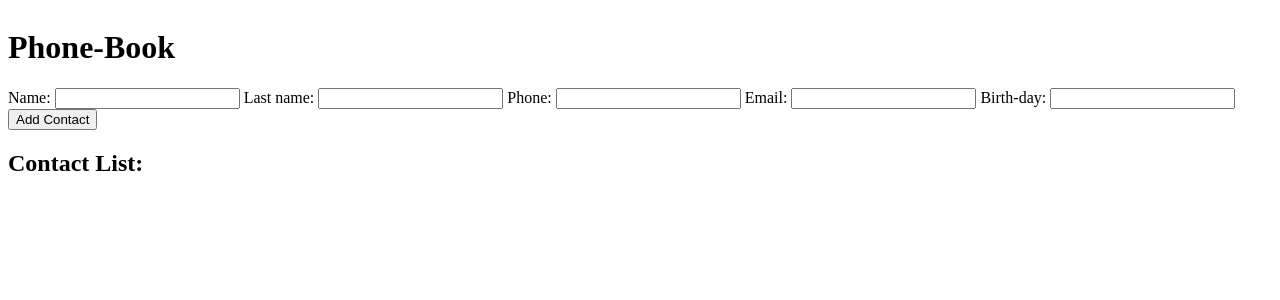
Repository: STA1357/Phone-book
Page: Inner.html
The author's editor kept a copy of each file at every save. The page is drawn from the files as they stood at one save, then again after the next save.
The browser window is 1280 px wide. The pictures show the whole page.

Above is the page before, as saved 2020-12-08 09:49:01.

### Inner.html
<!DOCTYPE html>
<html lang="en">
<head>
    <meta charset="UTF-8">
    <meta name="viewport" content="width=device-width, initial-scale=1.0">
    <title>Phone Book</title>
    <link rel="stylesheet" href="./styles.css">
</head>
<body>
    <form action="#" method="POST">

        <header>
            <div class="header-title">
                <h1>Phone-Book</h1>
            </div>
        </header>

        <main>
            <div class="container">
                <label for="name">Name:</label>
                <input type="text" id="nameInput">
                <label for="lname">Last name:</label>
                <input type="text" id="lnameInput">
                <label for="tel">Phone:</label>
                <input type="text" id="telInput">
                <label for="email">Email:</label>
                <input type="text" id="emailInput">
                <label for="birthname">Birth-day:</label>
                <input type="text" id="birthInput">
            </div>

        </main>

        <button onclick="return addUser()" type="submit" id="btnAdd">Add Contact</button>
    </form>

    <h2>Contact List:</h2>
    <ul id="users"></ul>

    <script src="./app.js"></script>
</body>
</html>

### styles.css
*{
    box-sizing: border-box;
}

body{
    display: flex;
    flex-direction: column;
}

### app.js
const form = document.querySelector('form')
const list = document.getElementById('users')
const userName = document.getElementById('nameInput')
const userLname = document.getElementById('lnameInput')
const userTel = document.getElementById('telInput')
const userEmail = document.getElementById('emailInput')
const userBirth = document.getElementById('birthInput')
const entry = document.createElement('li')

function addUser (){
    const list = document.getElementById('users')
    const userName = document.getElementById('nameInput')
    const userLname = document.getElementById('lnameInput')
    const userTel = document.getElementById('telInput')
    const userEmail = document.getElementById('emailInput')
    const userBirth = document.getElementById('birthInput')
    const entry = document.createElement('li')
    entry.appendChild(document.createTextNode(userName.value + ' ' + userLname.value + ' '
    + userTel.value + ' ' + userEmail.value + ' ' + userBirth.value))
    list.appendChild(entry)
    return false
}


class Person{
    constructor(options){
        this.name = options.name
        this.lname = options.lname
        this.tel = options.tel
        this.email = options.email
        this.birthday = options.birthday
    }
}

class User extends Person{
    static type = "User"
}

const user = new User({
    name: "",
    lname: "",
    tel: "",
    email:"",
    birthday:""
})


localStorage.setItem('userInfo', JSON.stringify(user));




/*const raw = localStorage.getItem('userInfo')
const userInfo = JSON.parse(raw)
userInfo.name = 'Maxim'

console.log(userInfo);*/

After the next save:
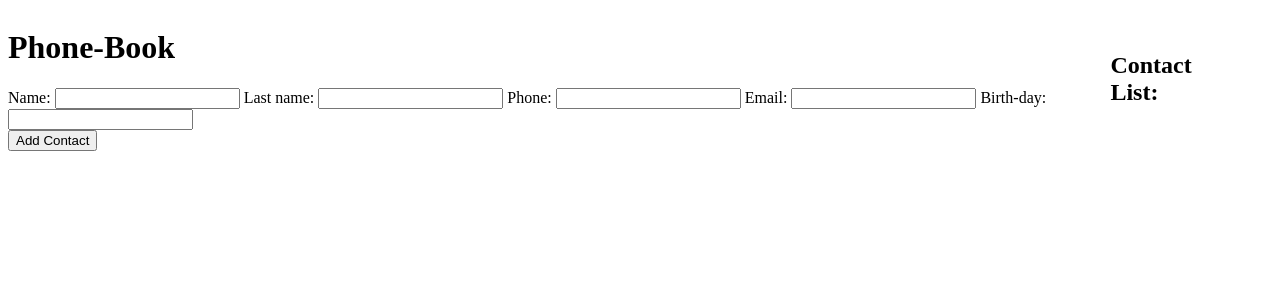
Saved 19 s later.
--- a/styles.css
+++ b/styles.css
@@ -4,5 +4,5 @@
 
 body{
     display: flex;
-    flex-direction: column;
+    align-items: center;
 }
